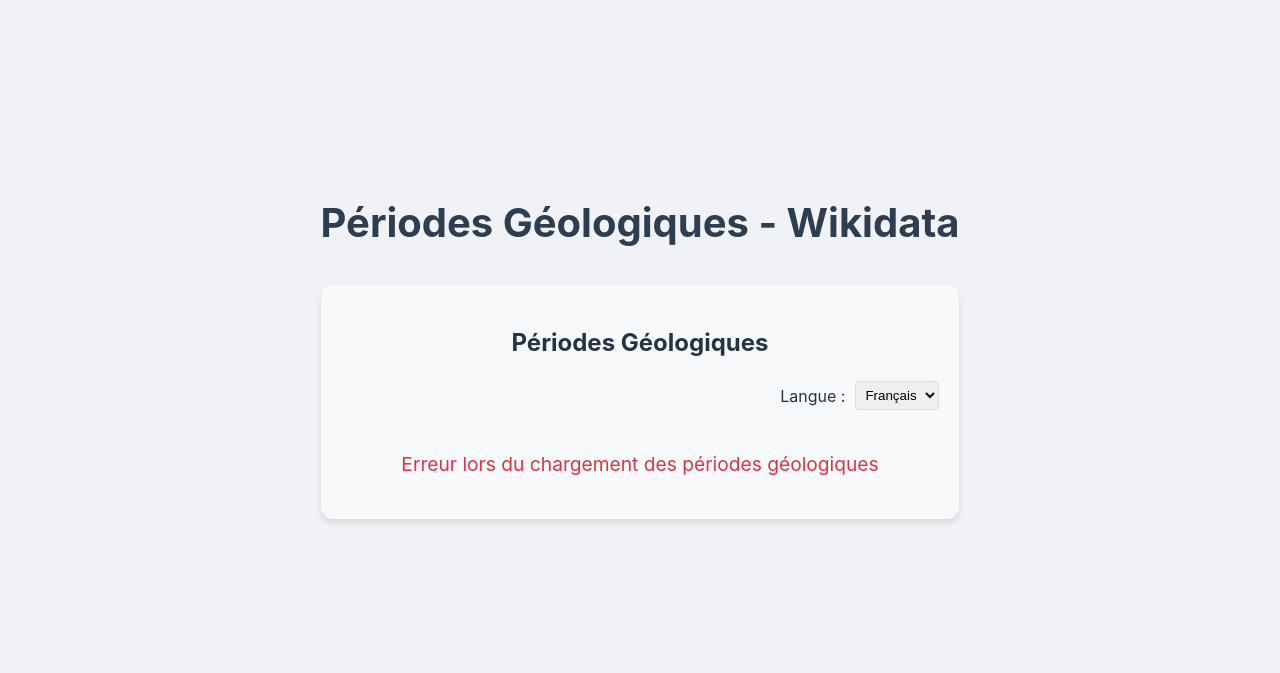
Repository: flobutbut/api_Wikidata
Page: /
An editor plug-in stored every save of this project. The page is shown before and after the next save, followed by the edit.
The browser window is 1280 px wide. The pictures show the whole page.
The page's requests for data from a server got no answer. The project was rebuilt for these pictures with package versions that can differ from the ones it lists, and the page was loaded fresh each time. No one was signed in, and anything a server would have sent is missing. Also part of the build but not shown: vite.config.ts.

Above is the page before, as saved 2025-03-26 11:46:18.

After the next save:
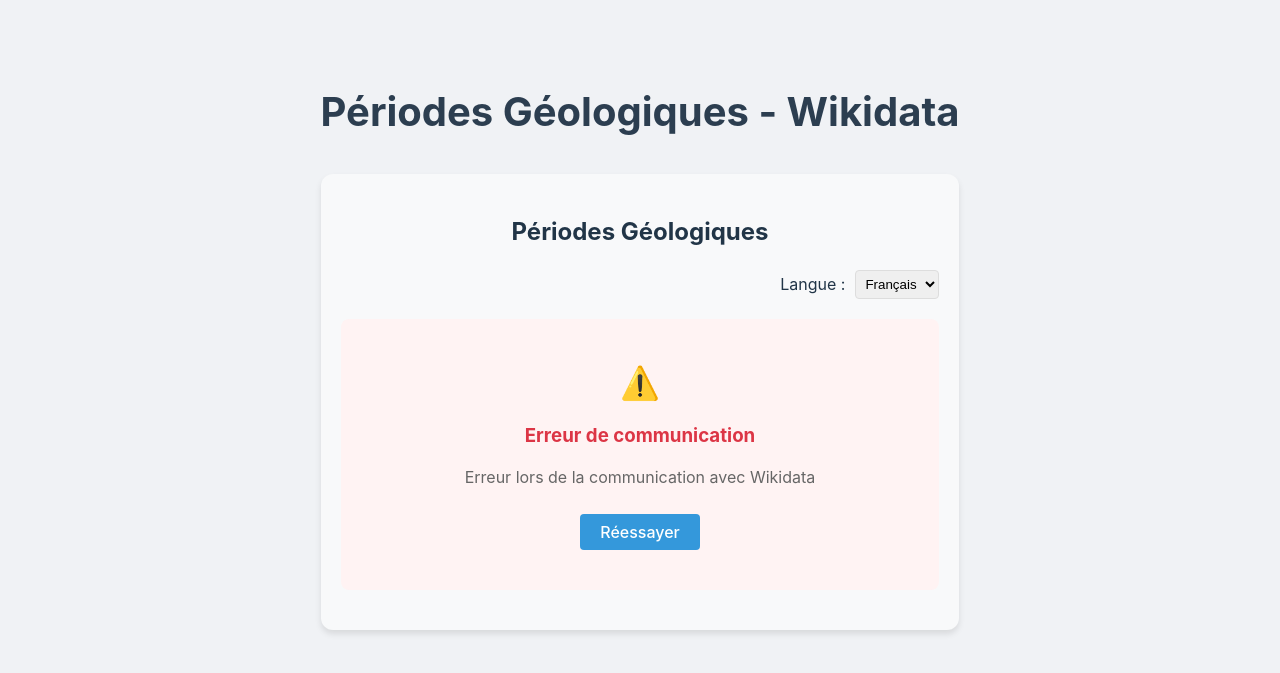
Saved 36 s later.
--- a/src/components/GeologicalPeriods.vue
+++ b/src/components/GeologicalPeriods.vue
@@ -13,11 +13,17 @@
     </div>
 
     <div v-if="loading" class="loading">
-      Chargement des données...
+      <div class="spinner"></div>
+      <p>Chargement des données...</p>
     </div>
 
     <div v-else-if="error" class="error">
-      {{ error }}
+      <div class="error-icon">⚠️</div>
+      <h3>{{ getErrorTitle(error.code) }}</h3>
+      <p>{{ error.message }}</p>
+      <button @click="retryFetch" class="retry-button">
+        Réessayer
+      </button>
     </div>
 
     <div v-else>
@@ -62,18 +68,35 @@
 
 <script setup lang="ts">
 import { ref, onMounted, watch } from 'vue';
-import { WikidataService } from '../services/wikidata';
+import { WikidataService, WikidataError } from '../services/wikidata';
 import type { GeologicalPeriod } from '../types/geological';
 
 const periods = ref<GeologicalPeriod[]>([]);
 const loading = ref(true);
-const error = ref<string | null>(null);
+const error = ref<WikidataError | null>(null);
 const currentPage = ref(1);
 const hasMore = ref(true);
 const selectedLanguage = ref('fr');
 
 const ITEMS_PER_PAGE = 20;
 const wikidataService = WikidataService.getInstance();
+
+const getErrorTitle = (code: string) => {
+  switch (code) {
+    case 'RATE_LIMIT':
+      return 'Trop de requêtes';
+    case 'SERVICE_UNAVAILABLE':
+      return 'Service indisponible';
+    case 'INVALID_RESPONSE':
+      return 'Réponse invalide';
+    case 'INVALID_PERIOD_DATA':
+      return 'Données invalides';
+    case 'API_ERROR':
+      return 'Erreur de communication';
+    default:
+      return 'Erreur inattendue';
+  }
+};
 
 const formatDate = (dateString: string) => {
   const date = new Date(dateString);
@@ -98,11 +121,23 @@
     periods.value = result;
     hasMore.value = result.length === ITEMS_PER_PAGE;
   } catch (err) {
-    error.value = 'Erreur lors du chargement des périodes géologiques';
-    console.error(err);
+    if (err instanceof WikidataError) {
+      error.value = err;
+    } else {
+      error.value = new WikidataError(
+        'Une erreur inattendue est survenue',
+        'UNKNOWN_ERROR',
+        err instanceof Error ? err : undefined
+      );
+    }
+    console.error('Erreur lors du chargement des périodes:', err);
   } finally {
     loading.value = false;
   }
+};
+
+const retryFetch = () => {
+  fetchPeriods();
 };
 
 const changePage = (page: number) => {
@@ -143,14 +178,68 @@
   border: 1px solid #ddd;
 }
 
-.loading, .error {
+.loading {
   text-align: center;
-  padding: 20px;
-  font-size: 1.2em;
+  padding: 40px;
+  display: flex;
+  flex-direction: column;
+  align-items: center;
+  gap: 20px;
+}
+
+.spinner {
+  width: 40px;
+  height: 40px;
+  border: 4px solid #f3f3f3;
+  border-top: 4px solid #3498db;
+  border-radius: 50%;
+  animation: spin 1s linear infinite;
+}
+
+@keyframes spin {
+  0% { transform: rotate(0deg); }
+  100% { transform: rotate(360deg); }
 }
 
 .error {
+  text-align: center;
+  padding: 40px;
+  background-color: #fff3f3;
+  border-radius: 8px;
+  margin: 20px 0;
+  display: flex;
+  flex-direction: column;
+  align-items: center;
+  gap: 15px;
+}
+
+.error-icon {
+  font-size: 2em;
+}
+
+.error h3 {
   color: #dc3545;
+  margin: 0;
+}
+
+.error p {
+  color: #666;
+  margin: 0;
+}
+
+.retry-button {
+  margin-top: 10px;
+  padding: 8px 20px;
+  background-color: #3498db;
+  color: white;
+  border: none;
+  border-radius: 4px;
+  cursor: pointer;
+  transition: background-color 0.2s;
+}
+
+.retry-button:hover {
+  background-color: #2980b9;
 }
 
 .periods-list {
